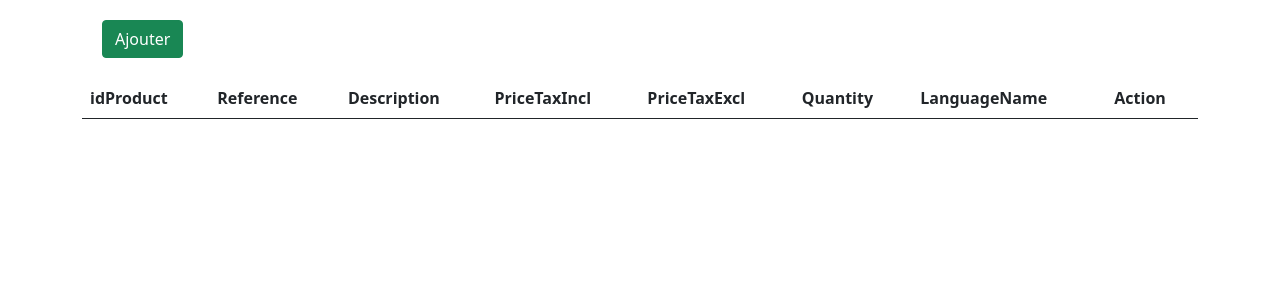
Repository: ahamie71/CrUDPOO
Page: http://localhost/index.php?action=AfficheCrud
These files come from the project's save history. The page is drawn as it stood at one moment and after a run of saves; the edit follows.
The browser window is 1280 px wide. The pictures show the whole page.
The page is run by PHP 8.4 with error messages shown; the project is at /var/www/html/. Queries for data that is not in the repository find no rows.

Above is the page before, as saved 2023-07-25 14:31:56.

### public/index.php
<?php


require_once(dirname(__DIR__) . '/Autoloader.php');

use CrudPOO\Controllers\HomeController;
use CrudPOO\Controllers\ProductController;


if (isset($_GET['action'])) {

    $action = $_GET['action'];

    switch ($action) {

        case 'Home';
            $controller = new HomeController();
            $controller->Home();
            break;

         case'AfficheCrud';
         $controller = new ProductController();
         $controller->DisplayProducts();
         break;
         case'createProduct';
         $controller = new ProductController();
         $controller->addProduct();
         break;

    }


} else {
    $home = new HomeController();
    $home->Home();
}
;

### Autoloader.php
<?php


spl_autoload_register(function ($className) {

    $className = str_replace("CrudPOO\\", '', $className);
    $className = str_replace("\\", '/', $className);
    require_once(__DIR__ . "/src/$className.php");

});

### src/Controllers/ProductController.php
<?php

namespace  CrudPOO\Controllers;

use CrudPOO\Entity\Language;
use CrudPOO\Entity\Product;
use CrudPOO\Model\ProductRepository;
use CrudPOO\Model\LanguageRepository;


Class ProductController extends AbstractController
{
    public function DisplayProducts()
    {



      $productRepository = new ProductRepository;
      $products = $productRepository->getProducts();
      require_once(dirname(__FILE__, 2) . '/View/CrudPage.php');

    }

   public  function addProduct()
{
    $languageRepository = new LanguageRepository();
    $languages = $languageRepository->getAllLanguages();

    // Debug the $languages array
    var_dump($languages);

    if (
        empty($_POST['reference']) ||
        empty($_POST['description']) ||
        empty($_POST['priceTaxIncl']) ||
        empty($_POST['priceTaxExcl']) ||
        empty($_POST['quantity'])
    ) {
        $error = 'Please fill in all the required fields.';
    } else {

        $reference = $_POST['reference'];
        $description = $_POST['description'];
        $priceTaxIncl = $_POST['priceTaxIncl'];
        $priceTaxExcl = $_POST['priceTaxExcl'];
        $quantity = $_POST['quantity'];
        $idLang = $_POST['cat'];

        $produit = new Product();
        $productRepository = new ProductRepository;

        $produit = $productRepository->createProduct($reference, $description, $priceTaxIncl, $priceTaxExcl, $idLang, $quantity);

        if ($produit) {
            header('location:index.php?action=AfficheCrud');
            exit();
        } else {

            $error = 'Failed to create product.';
        }
    }

    require_once(dirname(__FILE__, 2) . '/View/AddProduct.php');
}




}

### src/Controllers/AbstractController.php
<?php

namespace CrudPOO\Controllers;

abstract class AbstractController
{
    public function render($products)
    {
        require_once(dirname(__FILE__,2) . '/View/CrudPage.php');

    }

}

### src/Model/ProductRepository.php
<?php
namespace CrudPOO\Model;


use PDO;
use CrudPOO\Entity\Database;

class ProductRepository
{
    public function getProducts()
    {
        $bdd = new Database();
        $req =" SELECT products.idLang, products.idProduct , products.reference, products.description,products.priceTaxIncl,products.priceTaxExcl,products.quantity,languages.LanguageName FROM products
        LEFT JOIN languages ON products.idLang = languages.idLang";
        $stmt = $bdd->getPDO()->prepare($req);
        $stmt->setFetchMode(PDO::FETCH_CLASS, 'CrudPOO\Entity\Product');
        $stmt->execute();
        $products = $stmt->fetchAll();
        return $products;
    }



//     public function getPostById($id)
//     {
//         $bdd = new Database();
//         $req = "SELECT Post.user_id, Post.id , Post.image, Post.created_at,Post.title,Post.content,User.username FROM Post
//         LEFT JOIN User ON Post.user_id = user.id
//          WHERE Post.id =  $id";
//         $stmt = $bdd->getPDO()->prepare($req);
//         $stmt->setFetchMode(PDO::FETCH_CLASS, 'Foot\Entity\Post');
//         $stmt->execute();
//         $post = $stmt->fetch();
//         return $post;
//     }

function createProduct($reference, $description, $priceTaxIncl, $priceTaxExcl, $idLang, $quantity)
{

    $bdd = $bdd = new Database();


    $query = $bdd->getPDO()->prepare("INSERT INTO products (reference, description, priceTaxIncl, priceTaxExcl, idLang, quantity) VALUES (?, ?, ?, ?, ?, ?)");


    $query->execute([
        $reference,
        $description,
        $priceTaxIncl,
        $priceTaxExcl,
        $idLang,
        $quantity
    ]);


    if ($query->rowCount() > 0) {
        return true;
    } else {
        return false;
    }
}
}

//     public function RemovePost($id)
//     {
//         $bdd = new Database();
//         $sql = "DELETE FROM Post WHERE id= $id";
//         $delet = $bdd->getPDO()->prepare($sql);
//         $delet->execute();
//     }

//     public function editPost($content, $id, $title)
//     {
//         $bdd = new Database();
//         $update = $bdd->getPDO()->prepare("UPDATE  Post SET content=:content , title=:title WHERE id = $id");
//         $update->execute(
//             array(
//                 ':content' => $content,
//                 ':title' => $title
//             )
//         );
//     }
// }

### src/Entity/database.php
<?php

namespace  CrudPOO\Entity;

use PDO;
class Database
{
  private $host = "localhost";
  private $db_name = "CrudProduit";
  private $username = "ronaldo";
  private $password = "123";
  private $pdo;

  public function __construct($db_name = 'CrudProduit', $username = 'ronaldo', $password = '123', $host = 'localhost')
  {
    $this->$db_name = $db_name;
    $this->$username = $username;
    $this->$password = $password;
    $this->$host = $host;
  }

  public function getPDO()
  {
    if ($this->pdo == null) {
      $pdo = new PDO('mysql:dbname=CrudProduit;host=localhost', 'ronaldo', '123');
      $pdo->setAttribute(PDO::ATTR_ERRMODE, PDO::ERRMODE_EXCEPTION);
      $this->pdo = $pdo;
    }

    return $this->pdo;
  }

  public function query($statement)
  {
    $req = $this->getPDO()->query($statement);
    $datas = $req->fetchAll(PDO::FETCH_OBJ);
    return $datas;
  }
}

### src/Entity/Product.php
<?php

namespace  CrudPOO\Entity;


use CrudPOO\Entity\Language;

Class Product

{
    private $idProduct;
    private $reference;
    private $description;
    private $priceTaxIncl;
    private $priceTaxExcl;
    private $quantity ;
    private int $idLang;

    private $LanguageName;
    /**
     * Get the value of idProduct
     */
    public function getIdProduct()
    {
        return $this->idProduct;
    }

    /**
     * Set the value of idProduct
     */
    public function setIdProduct($idProduct): self
    {
        $this->idProduct = $idProduct;

        return $this;
    }

    /**
     * Get the value of reference
     */
    public function getReference()
    {
        return $this->reference;
    }

    /**
     * Set the value of reference
     */
    public function setReference($reference): self
    {
        $this->reference = $reference;

        return $this;
    }

    /**
     * Get the value of description
     */
    public function getDescription()
    {
        return $this->description;
    }

    /**
     * Set the value of description
     */
    public function setDescription($description): self
    {
        $this->description = $description;

        return $this;
    }

    /**
     * Get the value of priceTaxIncl
     */
    public function getPriceTaxIncl()
    {
        return $this->priceTaxIncl;
    }

    /**
     * Set the value of priceTaxIncl
     */
    public function setPriceTaxIncl($priceTaxIncl): self
    {
        $this->priceTaxIncl = $priceTaxIncl;

        return $this;
    }

    /**
     * Get the value of priceTaxExcl
     */
    public function getPriceTaxExcl()
    {
        return $this->priceTaxExcl;
    }

    /**
     * Set the value of priceTaxExcl
     */
    public function setPriceTaxExcl($priceTaxExcl): self
    {
        $this->priceTaxExcl = $priceTaxExcl;

        return $this;
    }

    /**
     * Get the value of quantity
     */
    public function getQuantity()
    {
        return $this->quantity;
    }

    /**
     * Set the value of quantity
     */
    public function setQuantity($quantity): self
    {
        $this->quantity = $quantity;

        return $this;
    }

    /**
     * Get the value of idLang
     */
    public function getIdLang(): int
    {
        return $this->idLang;
    }

    /**
     * Set the value of idLang
     */
    public function setIdLang(int $idLang): self
    {
        $this->idLang = $idLang;

        return $this;
    }

/**
  * Get the value of LanguageName
  */
  public function getLanguageName()
  {
   return $this->LanguageName;
  }

  /**
   * Set the value of LanguageName
   */
  public function setLanguageName($LanguageName): self
  {
   $this->LanguageName = $LanguageName;

   return $this;
  }
}

### src/View/CrudPage.php
<!DOCTYPE html>
<html lang="en">
<head>
    <meta charset="UTF-8">
    <meta http-equiv="X-UA-Compatible" content="IE=edge">
    <meta name="viewport" content="width=device-width, initial-scale=1.0">
    <link href="https://cdn.jsdelivr.net/npm/bootstrap@5.0.2/dist/css/bootstrap.min.css" rel="stylesheet" integrity="sha384-EVSTQN3/azprG1Anm3QDgpJLIm9Nao0Yz1ztcQTwFspd3yD65VohhpuuCOmLASjC" crossorigin="anonymous">
    <link rel="stylesheet" href="https://cdnjs.cloudflare.com/ajax/libs/font-awesome/5.15.3/css/all.min.css">
    <title>Document</title>
</head>
<body>
    <div class ="container">

    <a href="index.php?action=createProduct" class="btn btn-success"style="margin:20px">Ajouter</a>
<table class="table">
  <thead>
    <tr>
      <th scope="col">idProduct</th>
      <th scope="col">Reference</th>
      <th scope="col">Description</th>
      <th scope="col">PriceTaxIncl</th>
      <th scope="col">PriceTaxExcl</th>
      <th scope="col">Quantity</th>
      <th scope="col">LanguageName</th>

      <th>Action</th>
    </tr>
  </thead>
    <tbody>
        <?php
        foreach($products as $produit){
            ?>
            <tr>
                <td><?= $produit->getIdProduct() ?></td>
                <td><?= $produit->getReference() ?></td>
                <td><?= $produit->getDescription() ?></td>
                <td><?= $produit->getPriceTaxIncl() ?></td>
                <td><?= $produit->getPriceTaxExcl() ?></td>
                <td><?= $produit->getQuantity()?></td>
                <td><?= $produit->getLanguageName()?></td>

                <td>
                <a href="" class="m-2">

							<i class="fa fa-edit fa-2x"></i>
						</a>
                        <a href= ""class="m-2">
                        <i class="fa fa-trash fa-2x red-icon"></i>
						</a>


                </td>
            </tr>
            <?php
        }
        ?>

    </tbody>
</table>

### src/Model/LanguageRepository.php
<?php

namespace CrudPOO\Model;


use PDO;
use CrudPOO\Entity\Database;

Class LanguageRepository
 {

    function getAllLanguages()
{
    $bdd = new Database();
    $req = "SELECT * FROM languages";
    $stmt = $bdd->getPDO()->prepare($req);
    $stmt->setFetchMode(PDO::FETCH_CLASS,'CrudPOO\Entity\Language');
    $stmt->execute();
    $languages = $stmt->fetchAll();
    return $languages;
}



}

### src/Entity/Language.php
<?php

namespace CrudPOO\Entity;


Class Language{

 private $idLang;

 private $LanguageName;


 /**
  * Get the value of idLang
  */
 public function getIdLang()
 {
  return $this->idLang;
 }

 /**
  * Set the value of idLang
  */
 public function setIdLang($idLang): self
 {
  $this->idLang = $idLang;

  return $this;
 }

 /**
  * Get the value of LanguageName
  */
 public function getLanguageName()
 {
  return $this->LanguageName;
 }

 /**
  * Set the value of LanguageName
  */
 public function setLanguageName($LanguageName): self
 {
  $this->LanguageName = $LanguageName;

  return $this;
 }
}

After the next 2 saves:
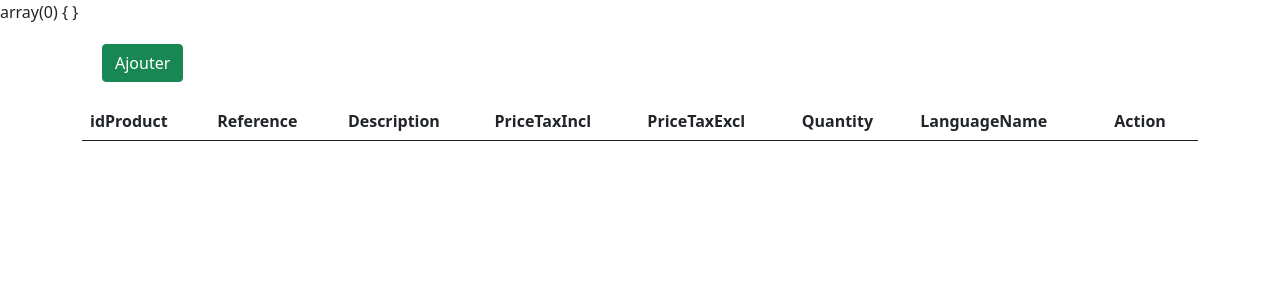
The 2 saves are shown as one change because they came seconds apart.
The last was saved 20 s later.
--- a/src/Controllers/ProductController.php
+++ b/src/Controllers/ProductController.php
@@ -13,7 +13,11 @@
     public function DisplayProducts()
     {
 
+        $languageRepository = new LanguageRepository();
+    $languages = $languageRepository->getAllLanguages();
 
+    // Debug the $languages array
+    var_dump($languages);
 
       $productRepository = new ProductRepository;
       $products = $productRepository->getProducts();
@@ -23,11 +27,7 @@
 
    public  function addProduct()
 {
-    $languageRepository = new LanguageRepository();
-    $languages = $languageRepository->getAllLanguages();
 
-    // Debug the $languages array
-    var_dump($languages);
 
     if (
         empty($_POST['reference']) ||

After the save that followed:
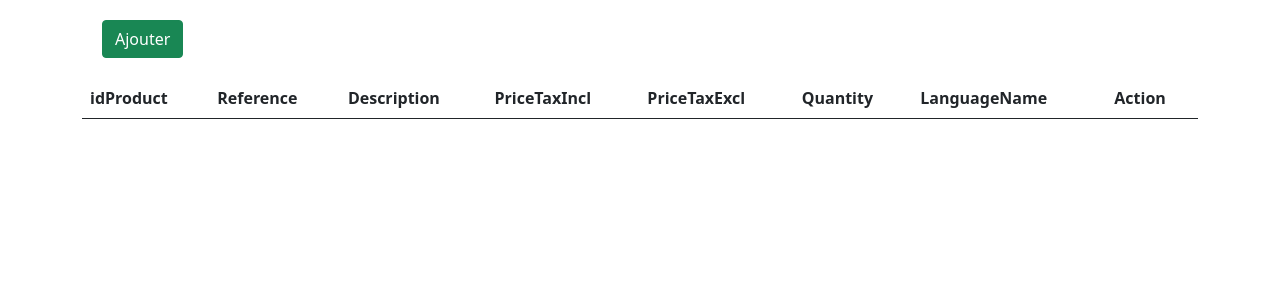
Saved 10 s later.
--- a/src/Controllers/ProductController.php
+++ b/src/Controllers/ProductController.php
@@ -13,11 +13,7 @@
     public function DisplayProducts()
     {
 
-        $languageRepository = new LanguageRepository();
-    $languages = $languageRepository->getAllLanguages();
 
-    // Debug the $languages array
-    var_dump($languages);
 
       $productRepository = new ProductRepository;
       $products = $productRepository->getProducts();
